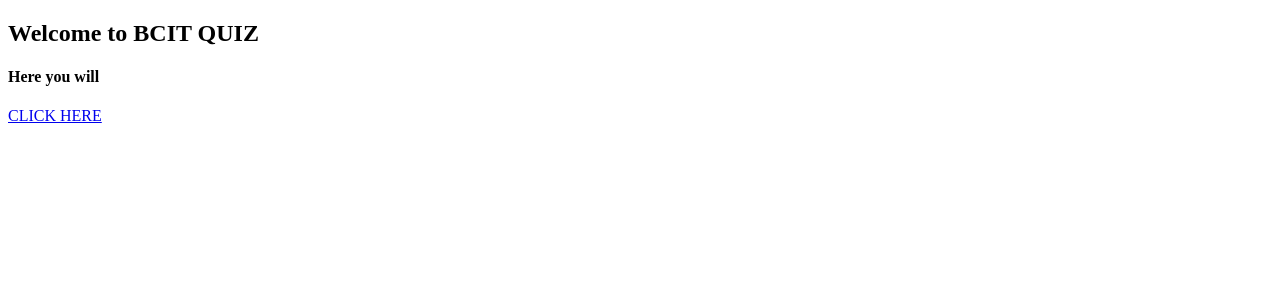
Repository: RenataDzotova/Trivia-BCIT
Page: index.html
An editor plug-in stored every save of this project. The page is shown before and after the next save, followed by the edit.
The browser window is 1280 px wide. The pictures show the whole page.
The page's requests for data from a server got no answer.

Above is the page before, as saved 2022-10-24 12:17:00.

After the next save:
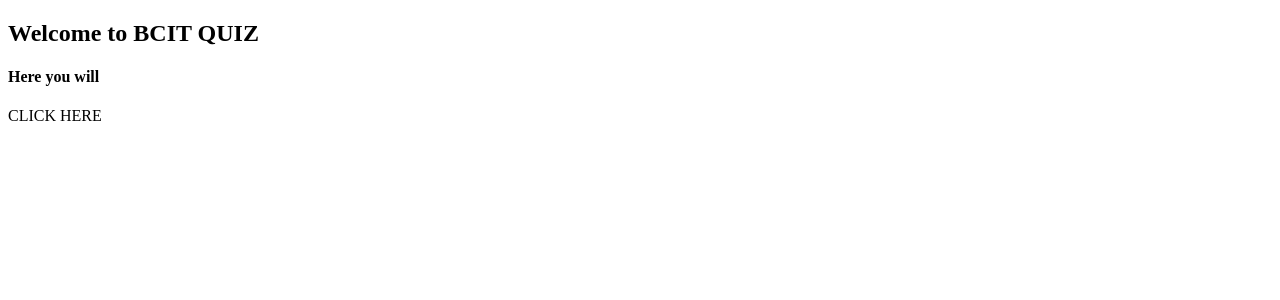
Saved 2 min 6 s later.
--- a/index.html
+++ b/index.html
@@ -10,7 +10,7 @@
 <body>
     <h2>Welcome to BCIT QUIZ </h2>
     <h4>Here you will </h4>
-    <a href={res}>CLICK HERE</a>
+    <a>CLICK HERE</a>
 </body>
 <script>
     // alert("Welcome to the BCIT Teacher Quiz");
